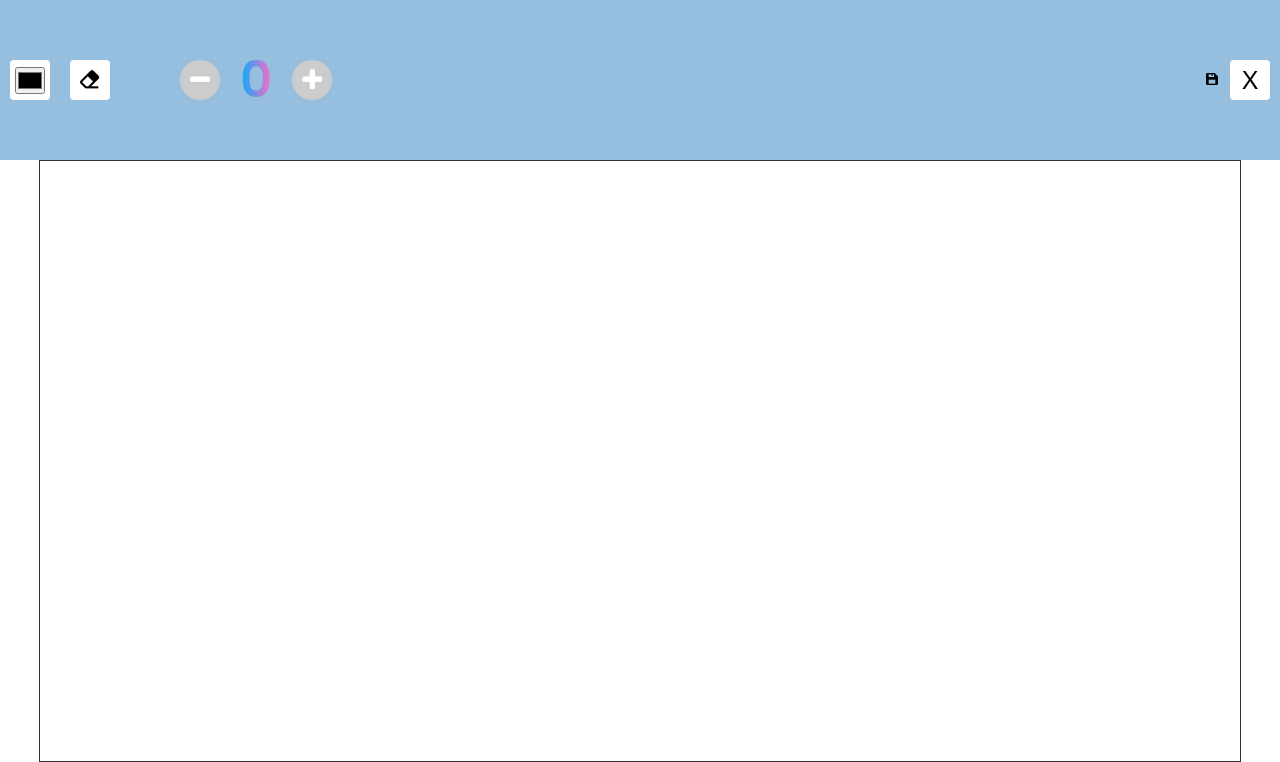
Repository: reminzuetto/DrawingApp
Page: index.html
An editor plug-in stored every save of this project. The page is shown before and after the next save, followed by the edit.
The browser window is 1280 px wide. The pictures show the whole page.

Above is the page before, as saved 2024-06-10 20:31:25.
Console error: TypeError: Cannot read properties of null (reading 'addEventListener')
Not found: app.css

### index.html
<!DOCTYPE html>
<html lang="en">
  <head>
    <meta charset="UTF-8" />
    <meta http-equiv="X-UA-Compatible" content="IE=edge" />
    <meta name="viewport" content="width=device-width, initial-scale=1.0" />
    <title>Drawing App</title>
    <link rel="preconnect" href="https://fonts.gstatic.com" />
    <link
      href="https://fonts.googleapis.com/css2?family=Poppins:wght@400;600&display=swap"
      rel="stylesheet"
    />
    <link
      rel="stylesheet"
      href="https://cdnjs.cloudflare.com/ajax/libs/font-awesome/4.7.0/css/font-awesome.min.css"
      integrity="sha512-SfTiTlX6kk+qitfevl/7LibUOeJWlt9rbyDn92a1DqWOw9vWG2MFoays0sgObmWazO5BQPiFucnnEAjpAB+/Sw=="
      crossorigin="anonymous"
    />
    <link rel="stylesheet" href="./app.css" />
    <link
      href="https://unpkg.com/boxicons@2.0.9/css/boxicons.min.css"
      rel="stylesheet"
    />
    <link rel="stylesheet" href="style.css" />
  </head>
  <body>
    <div class="container">
      <div class="tools">
        <button>
          <input type="color" id="color" />
        </button>
        <button id="eraser">
          <i class="bx bxs-eraser"></i>
        </button>
        <!-- <button id="decrease">-</button>
        <span id="size" font-size="25px">10</span>
        <button id="increase">+</button> -->
        <div class="counter">
          <button class="counter-descrease">
            <i class="fa fa-minus"></i>
          </button>
          <h1 class="counter-number">0</h1>
          <button class="counter-increase">
            <i class="fa fa-plus"></i>
          </button>
        </div>
        <a download="example.png" id="save">
          <i class="bx bxs-save"></i>
        </a>
        <button id="clear">X</button>
      </div>
      <canvas id="canvas" width="1200" height="600"></canvas>
    </div>

    <script src="main.js"></script>
  </body>
</html>

### style.css
* {
  box-sizing: border-box;
  padding: 0;
  margin: 0;
}

body {
  background-color: #fff;
}

canvas {
  display: block;
  margin: 0 auto;
  border: 1px solid #333;
}

button {
  border-radius: 4px;
  outline: none;
  background-color: #fff;
  border: none;
  font-size: 25px;
  height: 40px;
  width: 40px;
  padding: 5px;
  margin: 10px;
  display: flex;
  align-items: center;
  justify-content: center;
  cursor: pointer;
}

.tools {
  background-color: rgb(124, 175, 216, 0.8);
  display: flex;
  align-items: center;
}

/* .tools > * {
  background-color: #fff;
  border: none;
  font-size: 25px;
  height: 40px;
  width: 40px;
  padding: 5px;
  margin: 10px;
  display: flex;
  align-items: center;
  justify-content: center;
  cursor: pointer;
} */

#save {
  font-size: 16px;
  margin-left: auto;
  text-decoration: none;
}

input,
textarea,
select {
  outline: none;
}
input {
  line-height: normal;
}
label,
button {
  cursor: pointer;
}

a {
  text-decoration: none;
}
img {
  display: block;
  max-width: 100%;
}
*,
*:before,
*:after {
  box-sizing: border-box;
}
/* using rem unit */
html {
  font-size: 62.5%;
}
a {
  text-decoration: none;
}
img {
  display: block;
  max-width: 100%;
}
body {
  font-family: "Poppins", sans-serif;
  font-size: 16px;
  line-height: 1;
}
.counter {
  display: flex;
  align-items: center;
  justify-content: center;
  margin: 50px;
}
.counter-number {
  font-size: 50px;
  margin: 0 10px;
  color: transparent;
  background-image: linear-gradient(to right, #00aefd, #ff6bcb);
  -webkit-background-clip: text;
  background-clip: text;
}
.counter button {
  width: 40px;
  height: 40px;
  background-color: #ccc;
  border: 0;
  color: white;
  border-radius: 50px;
  display: flex;
  justify-content: center;
  align-items: center;
}

### main.js
const canvas = document.getElementById("canvas");
const colorEl = document.getElementById("color");
const eraserEl = document.getElementById("eraser");
const decreaseBtn = document.getElementById("decrease");
const increaseBtn = document.getElementById("increase");
const sizeEL = document.getElementById("size");
const saveEl = document.getElementById("save");
const clearEl = document.getElementById("clear");

const context = canvas.getContext("2d");

let size = 10;
let isPressed = false;
colorEl.value = "black";
let color = colorEl.value;
let x, y;

canvas.addEventListener("mousedown", (e) => {
  isPressed = true;

  x = e.offsetX;
  y = e.offsetY;
});

document.addEventListener("mouseup", (e) => {
  isPressed = false;

  x = undefined;
  y = undefined;
});

canvas.addEventListener("mousemove", (e) => {
  if (isPressed) {
    const x2 = e.offsetX;
    const y2 = e.offsetY;

    drawCircle(x2, y2);
    drawLine(x, y, x2, y2);

    x = x2;
    y = y2;
  }
});

function drawCircle(x, y) {
  context.beginPath();
  context.arc(x, y, size, 0, Math.PI * 2);
  context.fillStyle = color;
  context.fill();
}

function drawLine(x1, y1, x2, y2) {
  context.beginPath();
  context.moveTo(x1, y1);
  context.lineTo(x2, y2);
  context.strokeStyle = color;
  context.lineWidth = size * 2;
  context.stroke();
}

function updateSizeOnScreen() {
  sizeEL.innerText = size;
}

increaseBtn.addEventListener("click", () => {
  size += 5;

  if (size > 50) {
    size = 50;
  }

  updateSizeOnScreen();
});

decreaseBtn.addEventListener("click", () => {
  size -= 5;

  if (size < 5) {
    size = 5;
  }

  updateSizeOnScreen();
});

colorEl.addEventListener("change", (e) => (color = e.target.value));

clearEl.addEventListener("click", () =>
  context.clearRect(0, 0, canvas.width, canvas.height)
);

eraserEl.addEventListener("click", () => {
  color = "#fff";
});

saveEl.addEventListener("click", (e) => {
  const imageURI = canvas.toDataURL("image/png");
  e.currentTarget.href = imageURI;
});

After the next save:
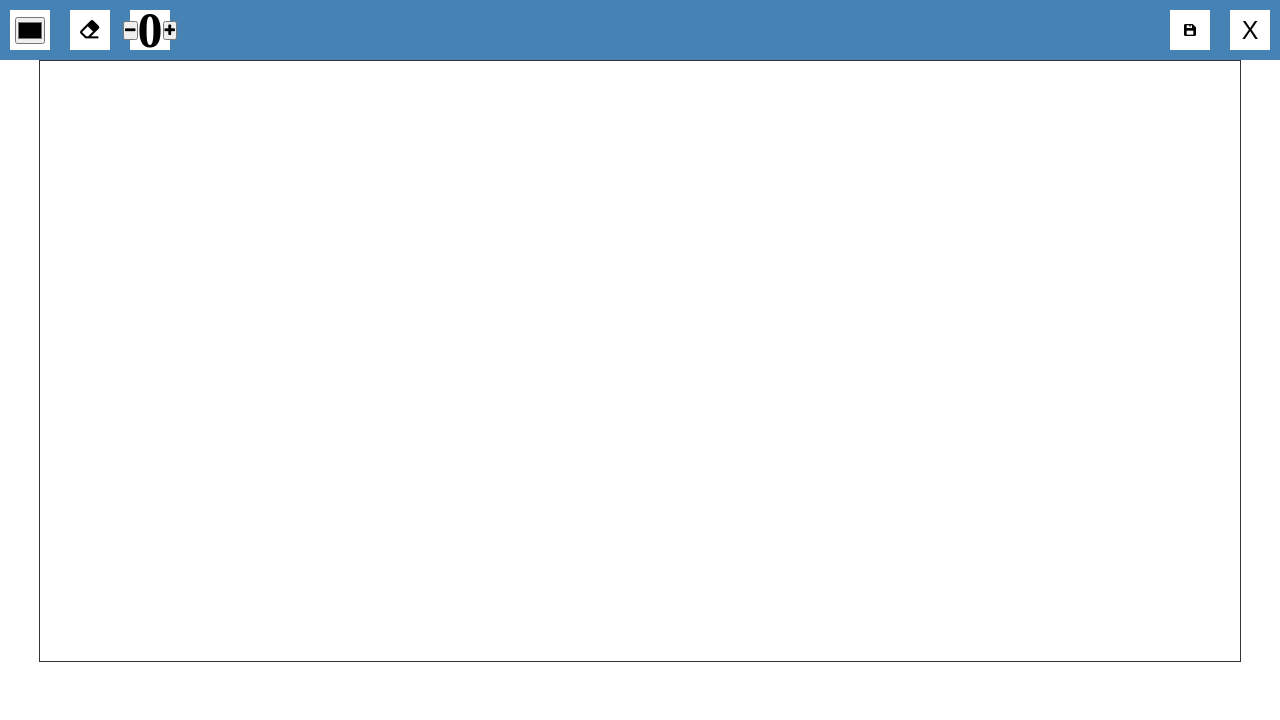
Saved 54 s later.
--- a/style.css
+++ b/style.css
@@ -14,9 +14,13 @@ canvas {
   border: 1px solid #333;
 }
 
-button {
-  border-radius: 4px;
-  outline: none;
+.tools {
+  background-color: steelblue;
+  display: flex;
+  align-items: center;
+}
+
+.tools > * {
   background-color: #fff;
   border: none;
   font-size: 25px;
@@ -30,95 +34,8 @@ button {
   cursor: pointer;
 }
 
-.tools {
-  background-color: rgb(124, 175, 216, 0.8);
-  display: flex;
-  align-items: center;
-}
-
-/* .tools > * {
-  background-color: #fff;
-  border: none;
-  font-size: 25px;
-  height: 40px;
-  width: 40px;
-  padding: 5px;
-  margin: 10px;
-  display: flex;
-  align-items: center;
-  justify-content: center;
-  cursor: pointer;
-} */
-
 #save {
   font-size: 16px;
   margin-left: auto;
   text-decoration: none;
 }
-
-input,
-textarea,
-select {
-  outline: none;
-}
-input {
-  line-height: normal;
-}
-label,
-button {
-  cursor: pointer;
-}
-
-a {
-  text-decoration: none;
-}
-img {
-  display: block;
-  max-width: 100%;
-}
-*,
-*:before,
-*:after {
-  box-sizing: border-box;
-}
-/* using rem unit */
-html {
-  font-size: 62.5%;
-}
-a {
-  text-decoration: none;
-}
-img {
-  display: block;
-  max-width: 100%;
-}
-body {
-  font-family: "Poppins", sans-serif;
-  font-size: 16px;
-  line-height: 1;
-}
-.counter {
-  display: flex;
-  align-items: center;
-  justify-content: center;
-  margin: 50px;
-}
-.counter-number {
-  font-size: 50px;
-  margin: 0 10px;
-  color: transparent;
-  background-image: linear-gradient(to right, #00aefd, #ff6bcb);
-  -webkit-background-clip: text;
-  background-clip: text;
-}
-.counter button {
-  width: 40px;
-  height: 40px;
-  background-color: #ccc;
-  border: 0;
-  color: white;
-  border-radius: 50px;
-  display: flex;
-  justify-content: center;
-  align-items: center;
-}
